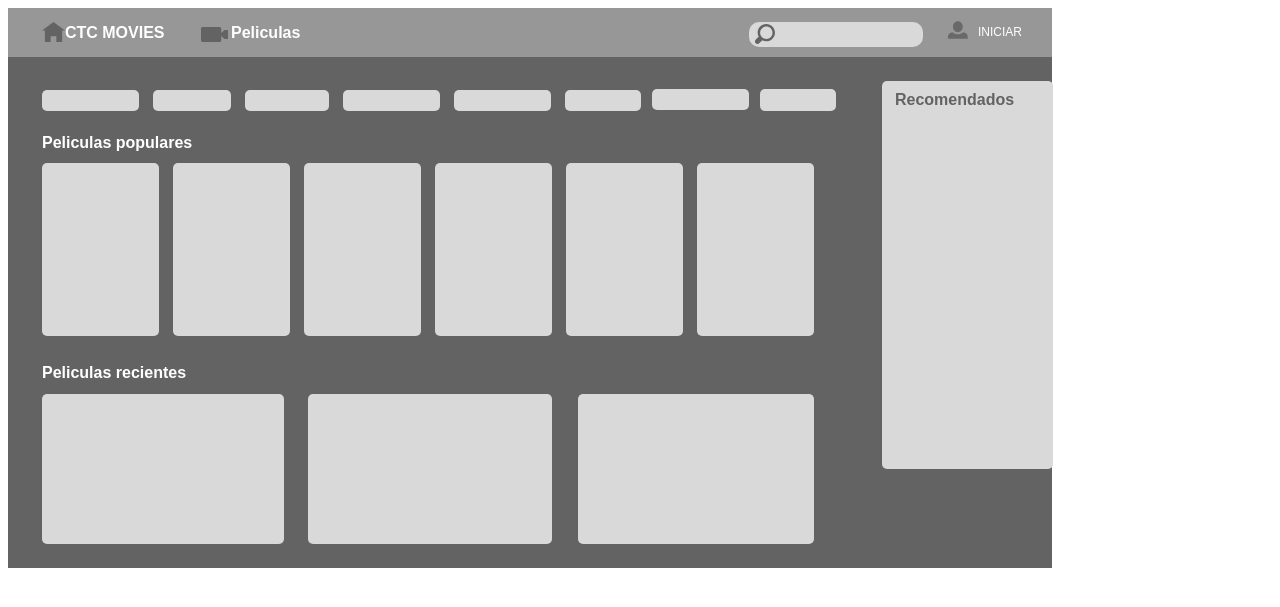
Repository: eschala/Innovadores-Adl_Sep2023
Page: Content/Index_.html
An editor plug-in stored every save of this project. The page is shown before and after a run of saves, followed by the edit.
The browser window is 1280 px wide. The pictures show the whole page.

Above is the page before, as saved 2023-12-01 23:59:00.
Console error: SyntaxError: Unexpected token ')'

### Content/Index_.html
<!DOCTYPE html>
<html lang="en">
<head>
    <meta charset="UTF-8">
    <meta name="viewport" content="width=device-width, initial-scale=1.0">
    <title>Document</title>
    <link rel="stylesheet" href="style.css">
</head>
<body>

    <div class="component-1">
        <div class="rectangle-1"></div>
        <div class="mask-group">
          <div class="rectangle-2"></div>
        </div>
        <div class="rectangle-4"></div>
        <svg
          class="icon-magnifying-glass"
          width="20"
          height="20"
          viewBox="0 0 20 20"
          fill="none"
          xmlns="http://www.w3.org/2000/svg"
        >
          <path
            d="M11.3285 0.0247757C16.1102 0.0247757 20 3.91456 20 8.69627C20 13.478 16.1102 17.3678 11.3285 17.3678C9.86674 17.3678 8.42975 17.0209 7.21574 16.352C7.11849 16.469 7.01068 16.5768 6.89365 16.674L4.41608 19.1516C4.18731 19.409 3.90834 19.617 3.59629 19.7627C3.28425 19.9084 2.94572 19.9888 2.60148 19.9989C2.25724 20.009 1.91457 19.9487 1.59449 19.8216C1.27441 19.6945 0.983692 19.5033 0.740175 19.2598C0.496656 19.0163 0.305481 18.7256 0.178387 18.4055C0.0512905 18.0854 -0.00904083 17.7428 0.00109291 17.3985C0.0112267 17.0543 0.0916119 16.7157 0.237314 16.4037C0.383018 16.0917 0.590963 15.8127 0.848383 15.5839L3.32595 13.1063C3.44664 12.9856 3.57948 12.8777 3.72236 12.7843C3.05342 11.5703 2.63223 10.158 2.63223 8.67149C2.63223 3.88978 6.52202 0 11.3037 0L11.3285 0.0247757ZM11.3285 2.50235C7.88468 2.50235 5.13458 5.25245 5.13458 8.69627C5.13458 10.3315 5.7292 11.8428 6.76978 12.9577C6.79455 12.9825 6.81933 13.0072 6.8441 13.032C6.96113 13.1293 7.06894 13.2371 7.16619 13.3541C8.25632 14.3451 9.74286 14.915 11.3533 14.915C14.7971 14.915 17.5472 12.1649 17.5472 8.72104C17.5472 5.27722 14.7971 2.52712 11.3533 2.52712L11.3285 2.50235Z"
            fill="#636363"
          />
        </svg>

        <div class="iniciar">INICIAR</div>
        <svg
          class="icon-person"
          width="21"
          height="18"
          viewBox="0 0 21 18"
          fill="none"
          xmlns="http://www.w3.org/2000/svg"
        >
          <path
            opacity="0.3"
            d="M10.1679 0C7.3717 0 5.08393 2.52 5.08393 5.625C5.08393 8.73 7.3717 11.25 10.1679 11.25C12.964 11.25 15.2518 8.73 15.2518 5.625C15.2518 2.52 12.964 0 10.1679 0ZM4.85515 11.25C2.16067 11.3625 0 13.32 0 15.75V18H20.3357V15.75C20.3357 13.32 18.2005 11.3625 15.4806 11.25C14.1079 12.6225 12.2269 13.5 10.1679 13.5C8.10887 13.5 6.22782 12.6225 4.85515 11.25Z"
            fill="black"
          />
        </svg>

        <div class="ctc-movies">CTC MOVIES</div>
        <div class="peliculas">Peliculas</div>
        <svg
          class="icon-home"
          width="23"
          height="20"
          viewBox="0 0 23 20"
          fill="none"
          xmlns="http://www.w3.org/2000/svg"
        >
          <path
            d="M11.5 0L0 8.57143H2.875V20H8.625V14.2857H14.375V20H20.125V8.48571L23 8.57143L11.5 0Z"
            fill="#636363"
          />
        </svg>

        <svg
          class="icon-video"
          width="27"
          height="15"
          viewBox="0 0 27 15"
          fill="none"
          xmlns="http://www.w3.org/2000/svg"
        >
          <path
            d="M1.6875 0C0.7425 0 0 0.69 0 1.5V13.5C0 14.34 0.77625 15 1.6875 15H18.5625C19.5075 15 20.25 14.34 20.25 13.5V9L23.625 12H27V3H23.625L20.25 6V1.5C20.25 0.66 19.5075 0 18.5625 0H1.6875Z"
            fill="#636363"
          />
        </svg>

        <div class="rectangle-5"></div>
        <div class="rectangle-16"></div>
        <div class="rectangle-17"></div>
        <div class="rectangle-18"></div>
        <div class="rectangle-19"></div>
        <div class="rectangle-20"></div>
        <div class="rectangle-21"></div>
        <div class="rectangle-22"></div>
        <div class="rectangle-23"></div>
        <div class="rectangle-13"></div>
        <div class="rectangle-14"></div>
        <div class="rectangle-15"></div>
        <div class="rectangle-8"></div>
        <div class="rectangle-10"></div>
        <div class="rectangle-11"></div>
        <div class="rectangle-12"></div>
        <div class="rectangle-9"></div>
        <div class="rectangle-7"></div>
        <div class="peliculas-populares">Peliculas populares</div>
        <div class="peliculas-recientes">Peliculas recientes</div>
        <div class="recomendados">Recomendados</div>
      </div>


    <script src="script_p.js"></script>
</body>
</html>

### Content/style.css
.component-1,
.component-1 * {
  box-sizing: border-box;
}
.component-1 {
  width: 1045px;
  height: 560px;
  position: relative;
}
.rectangle-1 {
  background: #636363;
  position: absolute;
  right: 0.1%;
  left: 0%;
  width: 99.9%;
  bottom: 0%;
  top: 4.29%;
  height: 95.71%;
}
.mask-group {
  position: absolute;
  inset: 0;
}
.rectangle-2 {
  background: #989797;
  position: absolute;
  right: 0.1%;
  left: 0%;
  width: 99.9%;
  bottom: 91.25%;
  top: 0%;
  height: 8.75%;
}
.rectangle-4 {
  background: #d9d9d9;
  border-radius: 10px;
  position: absolute;
  right: 12.44%;
  left: 70.91%;
  width: 16.65%;
  bottom: 93.04%;
  top: 2.5%;
  height: 4.46%;
}
.icon-magnifying-glass {
  height: auto;
  position: absolute;
  right: 24.69%;
  left: 73.4%;
  width: 1.91%;
  bottom: 93.57%;
  top: 2.86%;
  height: 3.57%;
  transform: translate(-20px, 0px);
  overflow: visible;
}
.iniciar {
  color: #ffffff;
  text-align: left;
  font: 400 12px "Inter-Regular", sans-serif;
  position: absolute;
  right: 2.3%;
  left: 92.82%;
  width: 4.88%;
  bottom: 94.46%;
  top: 3.04%;
  height: 2.5%;
}
.icon-person {
  height: auto;
  position: absolute;
  right: 8.1%;
  left: 89.95%;
  width: 1.95%;
  bottom: 94.46%;
  top: 2.32%;
  height: 3.21%;
  overflow: visible;
}
.ctc-movies {
  color: #ffffff;
  text-align: left;
  font: 700 16px "Inter-Bold", sans-serif;
  position: absolute;
  right: 83.83%;
  left: 5.45%;
  width: 10.72%;
  bottom: 92.68%;
  top: 2.86%;
  height: 4.46%;
}
.peliculas {
  color: #ffffff;
  text-align: left;
  font: 700 16px "Inter-Bold", sans-serif;
  position: absolute;
  right: 71.29%;
  left: 21.34%;
  width: 7.37%;
  bottom: 93.21%;
  top: 2.86%;
  height: 3.93%;
}
.icon-home {
  height: auto;
  position: absolute;
  right: 94.55%;
  left: 3.25%;
  width: 2.2%;
  bottom: 93.93%;
  top: 2.5%;
  height: 3.57%;
  overflow: visible;
}
.icon-video {
  height: auto;
  position: absolute;
  right: 78.95%;
  left: 18.47%;
  width: 2.58%;
  bottom: 93.93%;
  top: 3.39%;
  height: 2.68%;
  overflow: visible;
}
.rectangle-5 {
  background: #d9d9d9;
  border-radius: 5px;
  position: absolute;
  right: 85.55%;
  left: 3.25%;
  width: 11.2%;
  bottom: 41.43%;
  top: 27.68%;
  height: 30.89%;
}
.rectangle-16 {
  background: #d9d9d9;
  border-radius: 5px;
  position: absolute;
  right: 87.46%;
  left: 3.25%;
  width: 9.28%;
  bottom: 81.61%;
  top: 14.64%;
  height: 3.75%;
}
.rectangle-17 {
  background: #d9d9d9;
  border-radius: 5px;
  position: absolute;
  right: 78.66%;
  left: 13.88%;
  width: 7.46%;
  bottom: 81.61%;
  top: 14.64%;
  height: 3.75%;
}
.rectangle-18 {
  background: #d9d9d9;
  border-radius: 5px;
  position: absolute;
  right: 69.28%;
  left: 22.68%;
  width: 8.04%;
  bottom: 81.61%;
  top: 14.64%;
  height: 3.75%;
}
.rectangle-19 {
  background: #d9d9d9;
  border-radius: 5px;
  position: absolute;
  right: 58.66%;
  left: 32.06%;
  width: 9.28%;
  bottom: 81.61%;
  top: 14.64%;
  height: 3.75%;
}
.rectangle-20 {
  background: #d9d9d9;
  border-radius: 5px;
  position: absolute;
  right: 48.04%;
  left: 42.68%;
  width: 9.28%;
  bottom: 81.61%;
  top: 14.64%;
  height: 3.75%;
}
.rectangle-21 {
  background: #d9d9d9;
  border-radius: 5px;
  position: absolute;
  right: 39.43%;
  left: 53.3%;
  width: 7.27%;
  bottom: 81.61%;
  top: 14.64%;
  height: 3.75%;
}
.rectangle-22 {
  background: #d9d9d9;
  border-radius: 5px;
  position: absolute;
  right: 29.09%;
  left: 61.63%;
  width: 9.28%;
  bottom: 81.79%;
  top: 14.46%;
  height: 3.75%;
}
.rectangle-23 {
  background: #d9d9d9;
  border-radius: 5px;
  position: absolute;
  right: 20.77%;
  left: 71.96%;
  width: 7.27%;
  bottom: 81.61%;
  top: 14.46%;
  height: 3.93%;
}
.rectangle-13 {
  background: #d9d9d9;
  border-radius: 5px;
  position: absolute;
  right: 73.59%;
  left: 3.25%;
  width: 23.16%;
  bottom: 4.29%;
  top: 68.93%;
  height: 26.79%;
}
.rectangle-14 {
  background: #d9d9d9;
  border-radius: 5px;
  position: absolute;
  right: 47.94%;
  left: 28.71%;
  width: 23.35%;
  bottom: 4.29%;
  top: 68.93%;
  height: 26.79%;
}
.rectangle-15 {
  background: #d9d9d9;
  border-radius: 5px;
  position: absolute;
  right: 22.87%;
  left: 54.55%;
  width: 22.58%;
  bottom: 4.29%;
  top: 68.93%;
  height: 26.79%;
}
.rectangle-8 {
  background: #d9d9d9;
  border-radius: 5px;
  position: absolute;
  right: 60.48%;
  left: 28.33%;
  width: 11.2%;
  bottom: 41.43%;
  top: 27.68%;
  height: 30.89%;
}
.rectangle-10 {
  background: #d9d9d9;
  border-radius: 5px;
  position: absolute;
  right: 47.94%;
  left: 40.86%;
  width: 11.2%;
  bottom: 41.43%;
  top: 27.68%;
  height: 30.89%;
}
.rectangle-11 {
  background: #d9d9d9;
  border-radius: 5px;
  position: absolute;
  right: 35.41%;
  left: 53.4%;
  width: 11.2%;
  bottom: 41.43%;
  top: 27.68%;
  height: 30.89%;
}
.rectangle-12 {
  background: #d9d9d9;
  border-radius: 5px;
  position: absolute;
  right: 22.87%;
  left: 65.93%;
  width: 11.2%;
  bottom: 41.43%;
  top: 27.68%;
  height: 30.89%;
}
.rectangle-9 {
  background: #d9d9d9;
  border-radius: 5px;
  position: absolute;
  right: 73.01%;
  left: 15.79%;
  width: 11.2%;
  bottom: 41.43%;
  top: 27.68%;
  height: 30.89%;
}
.rectangle-7 {
  background: #d9d9d9;
  border-radius: 5px;
  position: absolute;
  right: 0%;
  left: 83.64%;
  width: 16.36%;
  bottom: 17.68%;
  top: 13.04%;
  height: 69.29%;
}
.peliculas-populares {
  color: #ffffff;
  text-align: left;
  font: 700 16px "Inter-Bold", sans-serif;
  position: absolute;
  right: 81.53%;
  left: 3.25%;
  width: 15.22%;
  bottom: 74.11%;
  top: 22.5%;
  height: 3.39%;
}
.peliculas-recientes {
  color: #ffffff;
  text-align: left;
  font: 700 16px "Inter-Bold", sans-serif;
  position: absolute;
  right: 81.53%;
  left: 3.25%;
  width: 15.22%;
  bottom: 33.04%;
  top: 63.57%;
  height: 3.39%;
}
.recomendados {
  color: #636363;
  text-align: left;
  font: 700 16px "Inter-Bold", sans-serif;
  position: absolute;
  right: 2.3%;
  left: 84.88%;
  width: 12.82%;
  bottom: 81.79%;
  top: 14.82%;
  height: 3.39%;
}

### Content/script_p.js
const main_ =document.querySelector(".main");
const tittle_Main_ =document.querySelector(".tittle_Main");
const parrafo_ =document.querySelector(".parrafo");


const searchTerm = document.querySelector('#ingresarPelicula').value;
const apiKey = '711ffca8';
const apiUrl = `http://www.omdbapi.com/?apikey=${apiKey}&s=${searchTerm}`;
const apiUrl2 = `http://www.omdbapi.com/?apikey=[711ffca8]&`;

fetch(apiUrl2)
.then(res=>res.json())
.then(response=>)

After the next 2 saves:
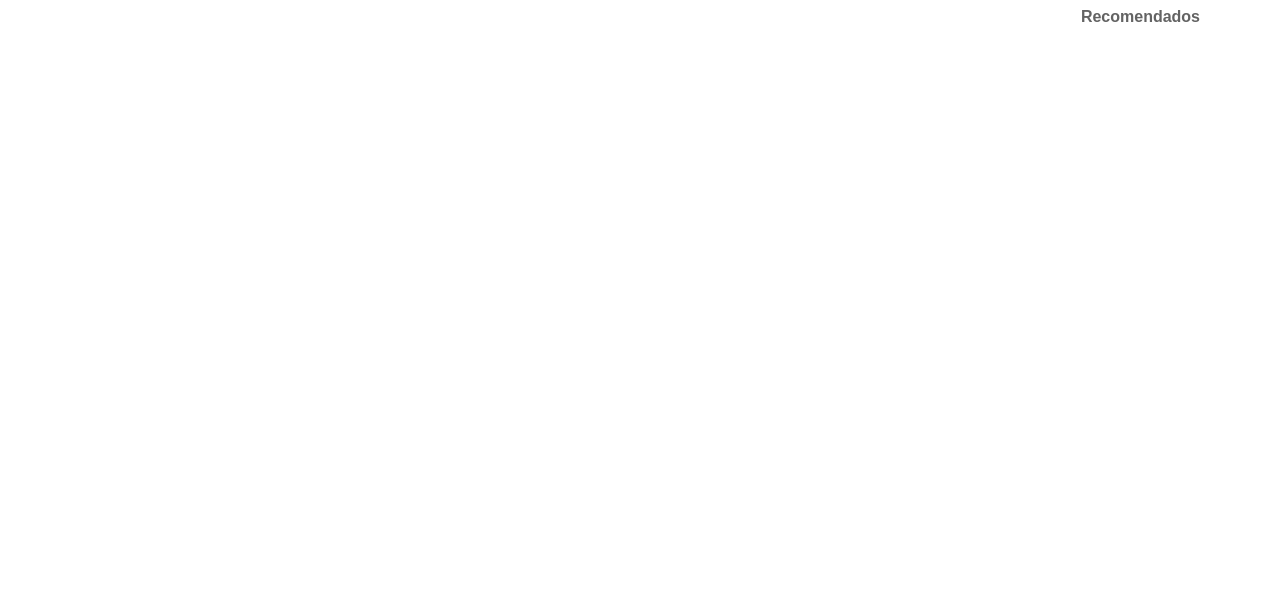
The 2 saves are shown as one change because they came seconds apart.
The last was saved 95 s later.
--- a/Content/style.css
+++ b/Content/style.css
@@ -3,8 +3,8 @@
   box-sizing: border-box;
 }
 .component-1 {
-  width: 1045px;
-  height: 560px;
+  width: 100%;
+  height: 100%;
   position: relative;
 }
 .rectangle-1 {

After the 2 saves that followed:
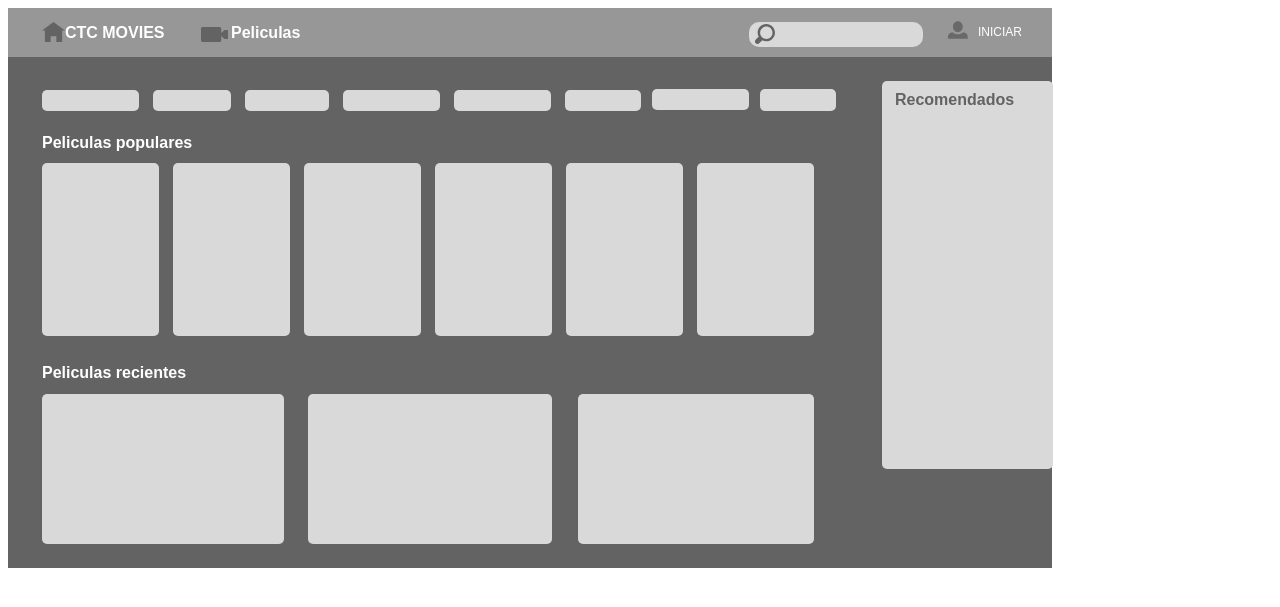
The 2 saves are shown as one change because they came seconds apart.
The last was saved 12 s later.
--- a/Content/style.css
+++ b/Content/style.css
@@ -3,8 +3,8 @@
   box-sizing: border-box;
 }
 .component-1 {
-  width: 100%;
-  height: 100%;
+  width: 1045px;
+  height: 560px;
   position: relative;
 }
 .rectangle-1 {
